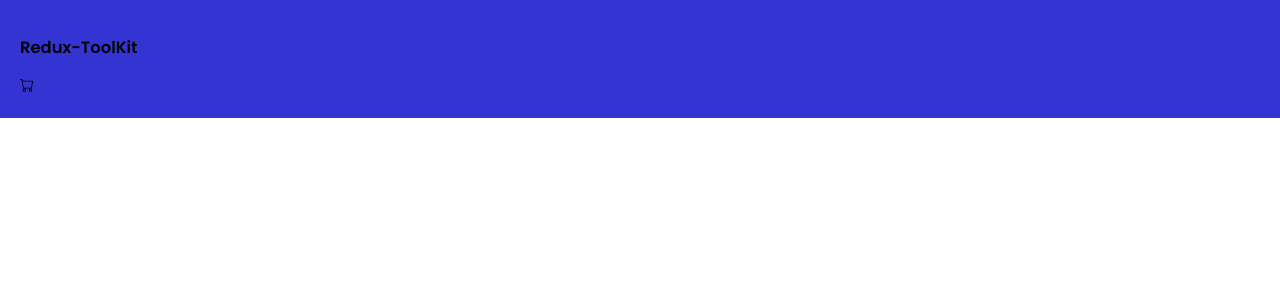
Repository: OmniaRafat232111121/shoppingCart
Page: /
The author's editor kept a copy of each file at every save. The page is drawn from the files as they stood at one save, then again after a run of saves.
The browser window is 1280 px wide. The pictures show the whole page.
The project was rebuilt for these pictures with package versions that can differ from the ones it lists, and the page was loaded fresh each time. Also part of the build but not shown: src/App.css.

Above is the page before, as saved 2023-02-07 01:46:29.

### src/index.js
import React from 'react';
import ReactDOM from 'react-dom/client';
import './index.css';
import App from './App';
import { Provider } from 'react-redux';
import { store } from './store';
const root = ReactDOM.createRoot(document.getElementById('root'));
root.render(
  <React.StrictMode>
    <Provider store={store}>
      <App />
    </Provider>
  </React.StrictMode>
);

### src/index.css
@import url('https://fonts.googleapis.com/css2?family=Poppins:ital,wght@0,100;0,200;0,600;1,100;1,200;1,500;1,600&display=swap');
body {
  margin:0;
  padding:0;
  box-sizing: border-box;
  line-height: 1.5;
  font-size: 0.875rem;
  font-family: 'Poppins', sans-serif;
}
nav{
  background-color: rgb(52, 52, 211);
  padding:20px 20px;
}
.n

### src/App.js
import './App.css';
import Navbar from './Component/Navbar';

function App() {
  return (
    <div className="App">
  <Navbar/>
    </div>
  );
}

export default App;

### src/store.js
import { configureStore } from "@reduxjs/toolkit";
import cartReducer from './features/cart/cartSlice'
export const store = configureStore({
    reducer: {
        cart:cartReducer
    }
})

### src/Component/Navbar.js
import React from 'react'
import { useSelector } from 'react-redux';
import {BsCart} from 'react-icons/bs'
const Navbar = () => {
    const {amount}=useSelector((state)=>state.cart)
  return (
      <>
          <nav>
              <div className='nav-center'>
                  <h3>Redux-ToolKit</h3>
                  <div className='nav-container'>
                      <BsCart/>
                  </div>

              </div>
          </nav>
      </>
  )
}

export default Navbar

### src/features/cart/cartSlice.js
import { createSlice } from "@reduxjs/toolkit";
const initialState = {
    cartItems: [],
    amount: 0,
    total: 0,
    isLoading:true
}
  const cartSlice = createSlice({
    name: 'cart',
    initialState,
})
console.log(cartSlice)
export default cartSlice.reducer

Loaded but not shown: public/index.html (common file)

After the next 9 saves:
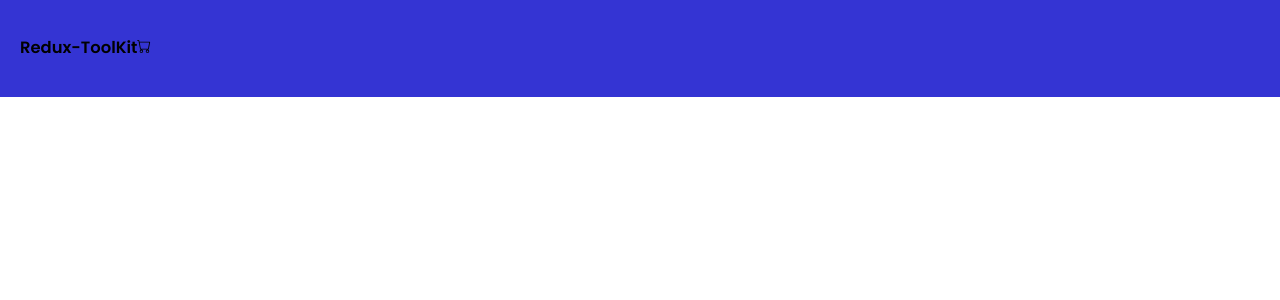
The 9 saves are shown as one change because they came seconds apart.
The last was saved 20 s later.
--- a/src/index.css
+++ b/src/index.css
@@ -11,4 +11,7 @@
   background-color: rgb(52, 52, 211);
   padding:20px 20px;
 }
-.n
+.nav-center{
+  display: flex;
+  align-items: center;
+}
